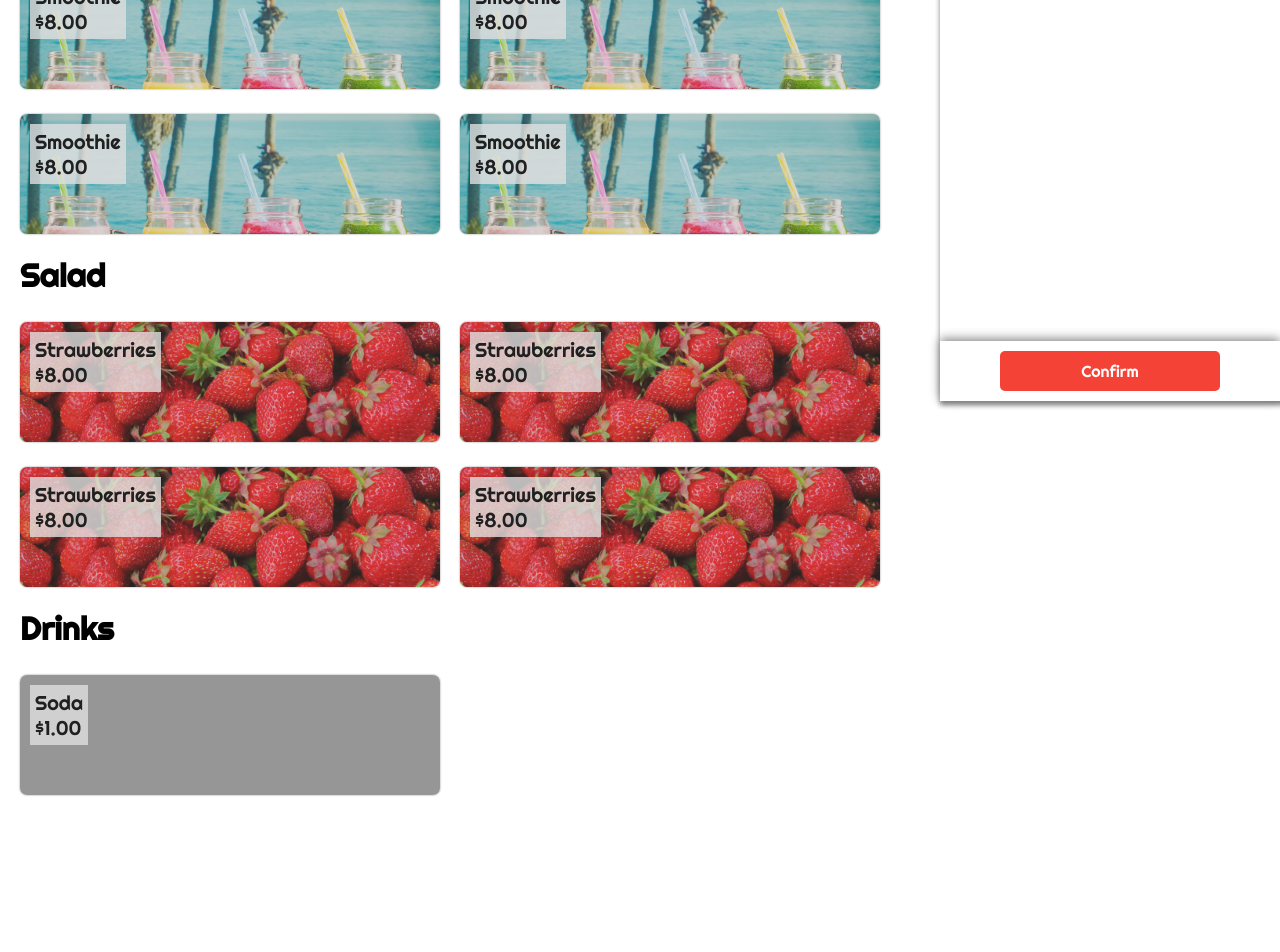
Repository: c0debase/LivingFoods
Page: /
An editor plug-in stored every save of this project. The page is shown before and after the next save, followed by the edit.
The browser window is 1280 px wide. The pictures show the part of the page from y = 319 to 1271 px (the page is 1271 px tall).
Pictures or frames that could not be fetched are drawn as grey boxes. The project was rebuilt for these pictures with package versions that can differ from the ones it lists, and the page was loaded fresh each time. Also part of the build but not shown: src/FoodDialog/QuantityInput.js, src/Hooks/useQuantity.js, src/FoodDialog/Toppings.js, src/Hooks/useToppings.js, src/Hooks/useChoice.js, src/FoodDialog/Choices.js, src/FoodDialog/FoodDialog.js.

Above is the page before, as saved 2021-09-20 03:35:32.

After the next save:
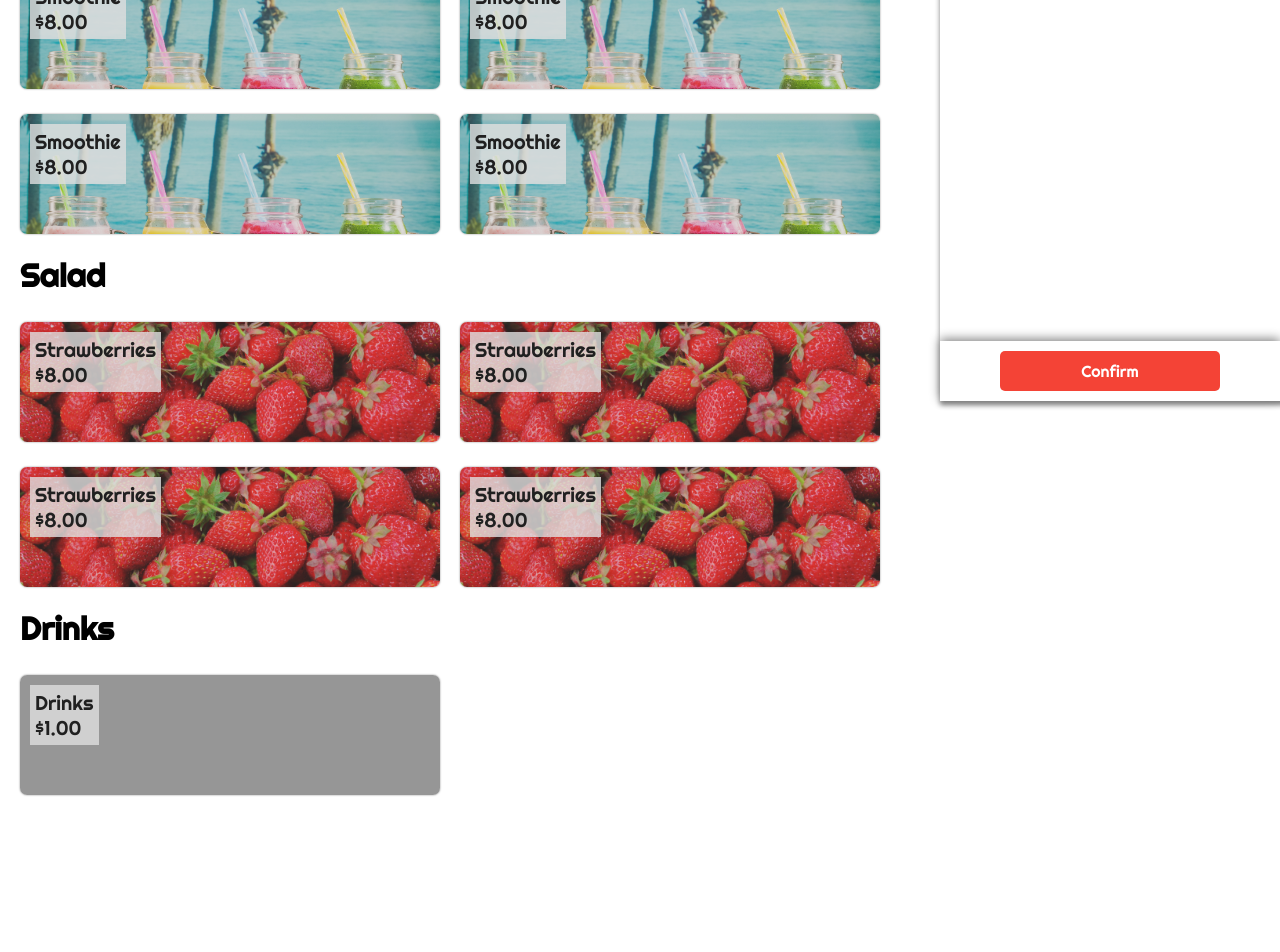
Saved 2 min 29 s later.
--- a/src/Data/FoodData.js
+++ b/src/Data/FoodData.js
@@ -56,7 +56,7 @@ export const foodItems = [
   },
   {
     price: 1,
-    name: 'Soda',
+    name: 'Drinks',
     section: 'Drinks',
     choices: ['Coke', 'Sprite', 'Root Beer'],
     img: '/img/bowl-hand.jpg'
